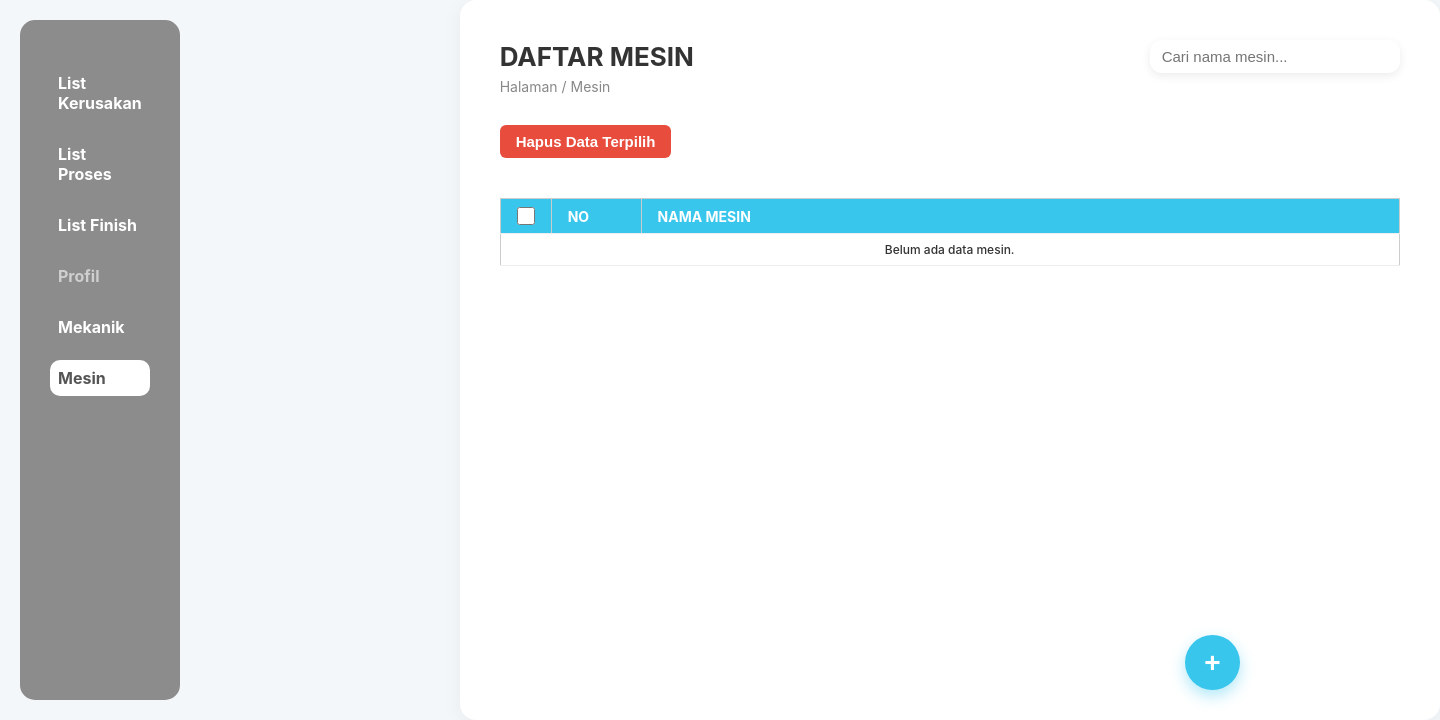
Repository: 1rHub/maintenance
Page: http://localhost/mesin.php
The author's editor kept a copy of each file at every save. The page is drawn from the files as they stood at one save, then again after the next save.
The browser window is 1280 px wide. The page is 1440 px wide, then 1280 px, so the pictures cover 1440 px, including what lies to the right of the window. The pictures show the whole page.
The page is run by PHP 8.4 with error messages shown; the project is at /var/www/html/. Queries for data that is not in the repository find no rows.

Above is the page before, as saved 2025-10-28 15:57:04.

After the next save:
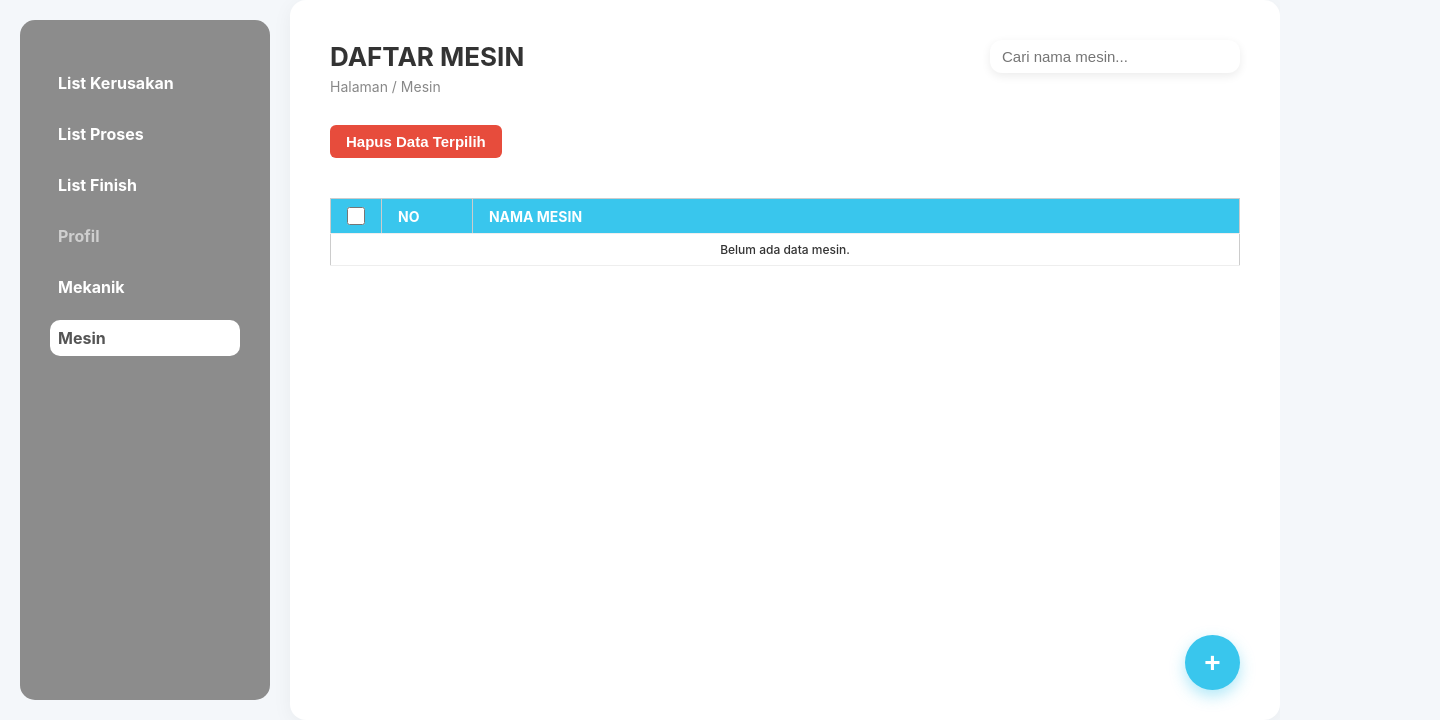
Saved 13 s later.
--- a/assets/css/style.css
+++ b/assets/css/style.css
@@ -671,7 +671,7 @@ body {
 /* === mesin.php === */
         .main-container {
 	flex: 1;
-	margin-left: 260px;
+	margin-left: 00px;
 	padding: 40px;
 	background: #fff;
 	border-radius: 16px;
